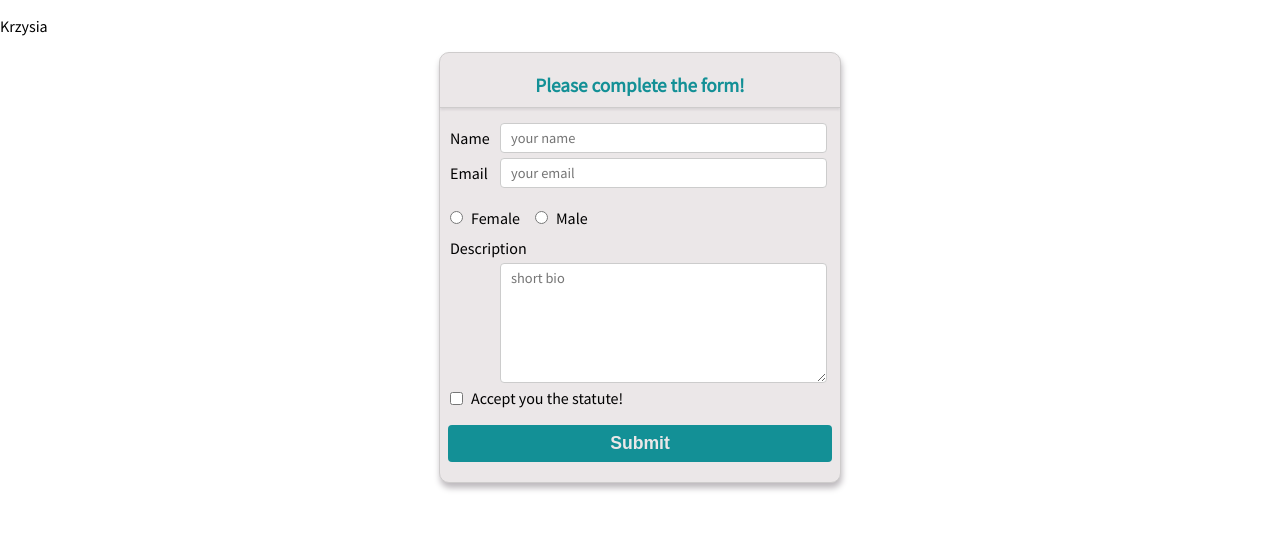
Repository: KrzysKolo/sr_tydzien4_zad2
Page: /
An editor plug-in stored every save of this project. The page is shown before and after the next save, followed by the edit.
The browser window is 1280 px wide. The pictures show the whole page.
The project was rebuilt for these pictures with package versions that can differ from the ones it lists, and the page was loaded fresh each time. Also part of the build but not shown: src/components/formComponents/ErrorMessage.js, src/components/formComponents/Message.js.

Above is the page before, as saved 2020-11-27 23:54:59.

### src/index.css
@import url("https://fonts.googleapis.com/css?family=Source+Sans+Pro");
body {
  margin: 0;
  font-family: "Source Sans Pro", sans-serif;
}

code {
  font-family: source-code-pro, Menlo, Monaco, Consolas, "Courier New",
    monospace;
}

### src/App.js
import React from 'react'
import Form from './components/Form';

function App() {
  return (
    <div>
      <p>Krzysia</p>
      <Form />
    </div>
  )
}

export default App

### src/components/Form.js
import React, { Component } from 'react';
import Input from './formComponents/Input';
import TextArea from './formComponents/TextArea';
import Checkbox from './formComponents/Checkbox';
import Radio from './formComponents/Radio';
import Button from './formComponents/Button';
import Header from './formComponents/Header';
import Message from './formComponents/Message';
import radioOptions from './data/RadioOptions';
import styled from 'styled-components';

const ContainerForm = styled.form`
width: 80%;
max-width: 400px;
background: rgb(235, 231, 232);
border: 1px solid rgb(206, 204, 204);
border-radius: 10px;
box-shadow: 1px 5px 6px rgb(189, 185, 189);
margin: 0 auto;
`;

class Form extends Component {

state = {
    Name: '',
    Email: '',
    Description: '',
    accept: false,
    gender: '',
    message: '',
    errors: {
        Name: false,
        Email: false,
        Description: false,
        accept: false,
        gender: false,
        }
}
message = {
    Name_incorrect: "Nazwa musi być dłuższa niż 5 znaków i nie może zawierać spacji",
    Email_incorrect: "Brak @ lub adres zawiera spacje",
    Description_incorrect: "Opis musi zawierać co min 3 znaki i max 150 znaków",
    accept_incorrect: "Nie potwierdziłeś regulaminu",
    gender_incorrect: "Określ płeć",
}

handleChange = e =>{
    const inputName = e.target.name;
    const value = e.target.value;
    this.setState(prev => ({...prev, [inputName]: value}))
}
onSubmit = e => {
    e.preventDefault();
    const validation = this.formValidation();
    if(validation.correct) {
      this.setState({
        Name: "",
        Email: "",
        Description: '',
        accept: false,
        gender: '',
        message: "The form has been submitted!",
        errors: {
          Name: false,
          Email: false,
          Description: false,
          accept: false,
          gender: false,
        }
      })
    } else {
      this.setState({
        errors: {
          Name: !validation.Name,
          Email: !validation.Email,
          Description: !validation.Description,
          accept: !validation.accept,
          gender: !validation.gender,
        }
      })
    }
}

formValidation = () => {
    let Name = false;
    let Email = false;
    let Description = false;
    let accept = false;
    let gender = false;
    let correct = false;
    if(this.state.Name.length > 5) {
      Name = true;
    }
    if(this.state.Email.indexOf('@') !== -1 && this.state.Email.lastIndexOf(' ') === -1) {
      Email = true;
    }
    if(this.state.Description.length >= 3 && this.state.Description.length <= 150) {
      Description = true;
    }
    if(this.state.accept) {
      accept = true;
    }
    if(this.state.gender) {
      gender = true;
    }
    if (Name && Email && Description && accept && gender){
        correct = true;
      }
   return ({
      Name,
      Email,
      Description,
      accept,
      gender,
      correct,

    })

  }

    render () {

    return (
        <ContainerForm onSubmit={this.onSubmit} noValidate>
          <Header />
          <Input type="text" placeholder="your name" value={this.state.Name} name="Name" onChange={this.handleChange} errorInfo={this.state.errors.Name} message={this.message.Name_incorrect} />
          <Input type="email" placeholder="your email" value={this.state.Email} name="Email" onChange={this.handleChange} errorInfo={this.state.errors.Email} message={this.message.Email_incorrect} />
          <Radio type="radio" name="gender" options={radioOptions} onChange={this.handleChange} errorInfo={this.state.errors.gender} message={this.message.gender_incorrect}/>
          <TextArea  rows="6" placeholder="short bio" value={this.state.Description} name="Description" onChange={this.handleChange} errorInfo={this.state.errors.Description} message={this.message.Description_incorrect} />
          <Checkbox  type="checkbox" name="accept" checked={this.state.accept}  onChange={this.handleChange} errorInfo={this.state.errors.accept} message={this.message.accept_incorrect} />
          <Button type="submit" />
          {this.state.message && <Message message={this.state.message} /> }
        </ContainerForm>
    )
    }
}

export default Form

### src/components/formComponents/Input.js
import React from 'react'
import styled from 'styled-components';
import ErrorMessage from './ErrorMessage';
const InputDiv = styled.div`
    display: flex;
    flex-direction: row;
    align-content: center;
    margin: 0 auto;
    padding-top: 5px;
`;
const InputLabel = styled.label`
    width: 10%;
    font-size: 1rem;
    padding: 5px 10px;
`;
const inputStyles = errorInfo => `
    width: 80%;
    max-width: 305px;
    padding: 5px 10px;
    border: 1px solid ${errorInfo ? '#d3170d' : '#ccc'};
    border-radius: 4px;
    font-family: inherit;
    font-size: 0.9rem;
`;
const InputError = styled.input`
    ${props => inputStyles(props.errorInfo)}
`;

const TextArea = (props) => {
    const { name, message, errorInfo }= props;
    return (
        <>
            <InputDiv>
                <InputLabel htmlFor={name} >{name} </InputLabel>
                <InputError id={name} {...props} errorInfo={errorInfo} message={message}/>
            </InputDiv>
            {errorInfo && <ErrorMessage message={message} /> }
        </>
    )

}

export default TextArea;

### src/components/formComponents/TextArea.js
import React from 'react'
import styled from 'styled-components';
import ErrorMessage from './ErrorMessage';

const TextAreaDiv = styled.div`
    display: flex;
    flex-direction: column;
    align-content: center;
    margin: 0 auto;
    padding-top: 5px;

`;
const TextAreaLabel = styled.label`
    width: 10%;
    font-size: 1rem;
    padding: 5px 10px;
`;
const textAreaStyles = errorInfo => `
    width: 80%;
    max-width: 305px;
    margin: 0 auto 0 15%;
    padding: 5px 10px;
    border: 1px solid ${errorInfo ? '#d3170d' : '#ccc'};
    border-radius: 4px;
    font-family: inherit;
    font-size: 0.9rem;

`;
const TextAreaError = styled.textarea`
    ${props => textAreaStyles(props.errorInfo)}
`;

const Input = (props) => {
    const { name, message, errorInfo }= props;
    return (
        <>
            <TextAreaDiv>
                <TextAreaLabel htmlFor={name}>{name} </TextAreaLabel>
                <TextAreaError id={name} {...props} errorInfo={errorInfo} message={message}/>
            </TextAreaDiv>
            {errorInfo && <ErrorMessage message={message} /> }
        </>
    )

}

export default Input;

### src/components/formComponents/Checkbox.js
import React from 'react'
import styled from 'styled-components';
import ErrorMessage from './ErrorMessage';

const CheckboxDiv = styled.div`
    display: flex;
    flex-direction: row;
    align-items: center;
    margin-bottom: -8px;

`;
const CheckboxLabel = styled.label`
    font-size: 1rem;
    padding: 5px;
`;

const CheckboxError = styled.input`
    margin-left: 10px;
`;

const Checkbox = (props) => {
    const { name, message, errorInfo }= props;
    return (
        <>
            <CheckboxDiv>
                <CheckboxError id={name} {...props} errorInfo={errorInfo} message={message}/>
                <CheckboxLabel htmlFor={name}> Accept you the statute! </CheckboxLabel>
            </CheckboxDiv>
            {errorInfo && <ErrorMessage message={message} /> }
        </>
    )

}

export default Checkbox;

### src/components/formComponents/Radio.js
import React from 'react'
import styled from 'styled-components';
import ErrorMessage from './ErrorMessage';

const RadioDiv = styled.div`
    display: flex;
    flex-direction: row;
    align-items: center;
    margin-top: 5%;
`;
const RadioLabel = styled.label`
    font-size: 1rem;
    padding: 5px;
`;

const RadioError = styled.input`
    margin-left: 10px;
`;

const Checkbox = (props) => {
    const { name,  message, errorInfo, options }= props;
    return (
        <>
            <RadioDiv>
              {options.map(option =>
                <div key={option.id}>
                    <RadioError id={option.id} name={name} {...props} errorInfo={errorInfo} message={message} />
                    <RadioLabel htmlFor={option.id}>{option.label}</RadioLabel>
                </div>)}
             </RadioDiv>
            {errorInfo && <ErrorMessage message={message} /> }
        </>

    )

}

export default Checkbox;

### src/components/formComponents/Button.js
import React from 'react'
import styled from 'styled-components';

const BtnSubmit = styled.button`
    background: rgb(19, 144, 150);
    border: none;
    border-radius: 4px;
    color: rgb(235, 231, 232);
    cursor: pointer;
    display: block;
    font-size: 1.1rem;
    font-weight: 700;
    margin: 5% auto;
    outline: none;
    padding: 8px 0;
    transition: all 0.3s ease-in-out;
    width: 96%;
    &:hover {
        background: transparent;
        border: 1px solid rgba(19, 144, 150, 0.3);
        color: rgb(19, 144, 150);
    }

`;

const Button = () => {
    return (
        <BtnSubmit>Submit</BtnSubmit>
    )
}

export default Button;

### src/components/formComponents/Header.js
import React from 'react';
import styled from 'styled-components';

const HeaderTitle = styled.header`
    border-bottom: 1px solid rgb(206, 204, 204);
    box-shadow: 0 2px 2px rgba(189, 185, 189, 0.4);
    color: rgb(19, 144, 150);
    font-size: 1.2rem;
    font-weight: 900;
    padding: 10px;
    margin: 10px auto;
    text-align: center;

`;

const Header = () => {
    return (
        <HeaderTitle>
            Please complete the form!
        </HeaderTitle>
    )
}

export default Header;

### src/components/data/RadioOptions.js
const RadioOptions=[
    { id: 0, value: "female", label: 'Female' },
    { id: 1, value: "male", label: 'Male' },


];
export default RadioOptions;

Loaded but not shown: public/index.html (common file); src/index.js (common file)

After the next save:
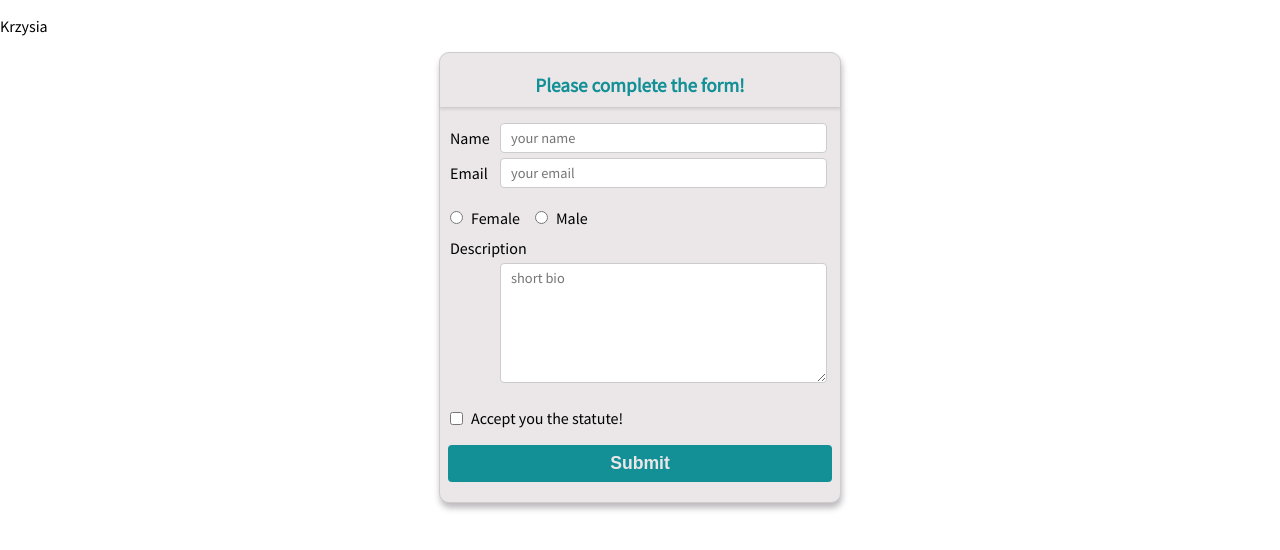
Saved 53 s later.
--- a/src/components/formComponents/Checkbox.js
+++ b/src/components/formComponents/Checkbox.js
@@ -7,6 +7,7 @@ const CheckboxDiv = styled.div`
     flex-direction: row;
     align-items: center;
     margin-bottom: -8px;
+    margin-top: 5%;
 
 `;
 const CheckboxLabel = styled.label`
